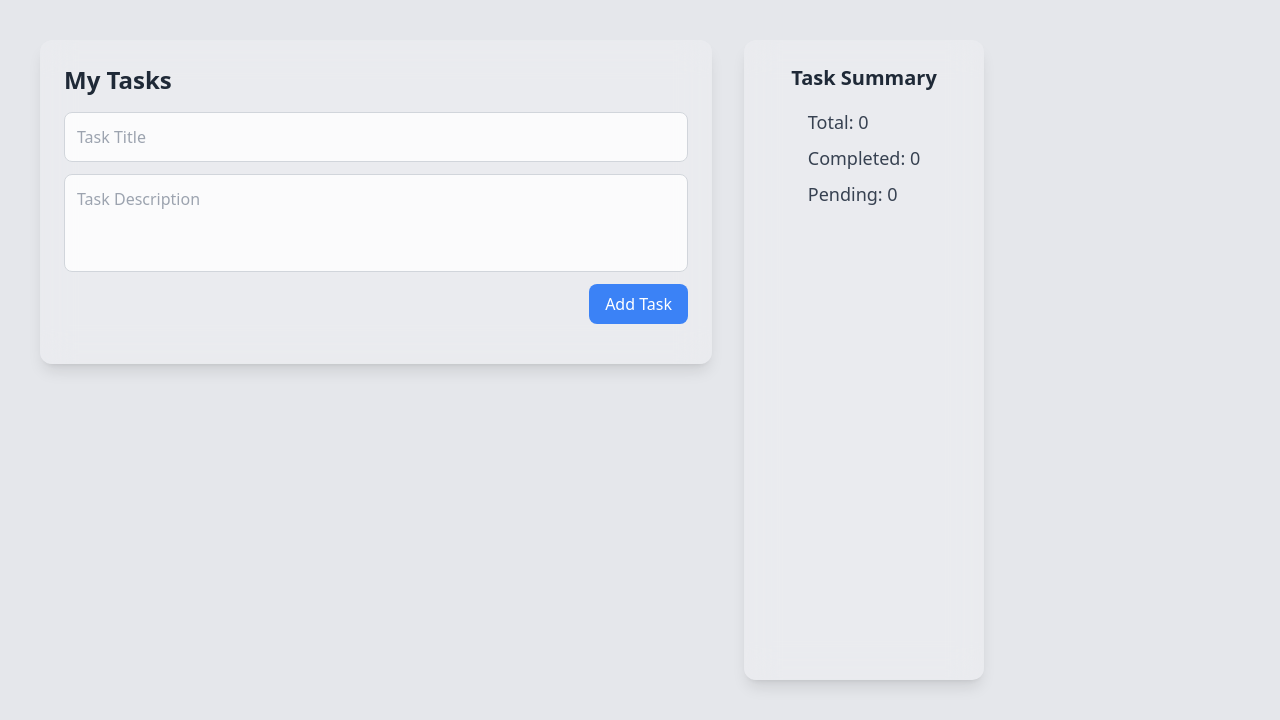
Repository: Meenakshi-commits/mern-task-manager
Page: / (app in client/)
The author's editor kept a copy of each file at every save. The page is drawn from the files as they stood at one save, then again after the next save.
The browser window is 1280 px wide. The pictures show the whole page.
The page's requests for data from a server got no answer. The project was rebuilt for these pictures with package versions that can differ from the ones it lists, and the page was loaded fresh each time. No one was signed in, and anything a server would have sent is missing. Also part of the build but not shown: client/vite.config.js, client/src/components/TaskItem.jsx, client/src/taskAnimations.css.

Above is the page before, as saved 2026-01-08 13:01:33.

After the next save:
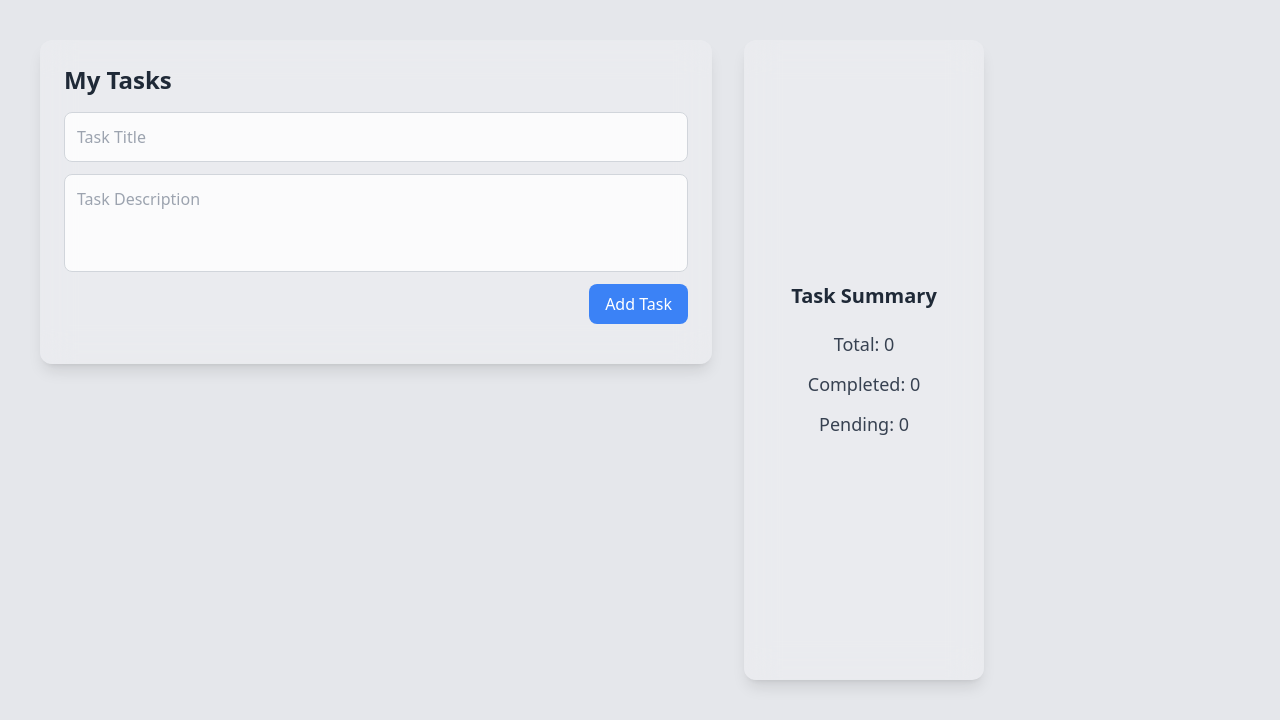
Saved 75 s later.
--- a/client/src/App.jsx
+++ b/client/src/App.jsx
@@ -100,9 +100,9 @@ export default function App() {
       </div>
 
       {/* Right - Summary Box */}
-      <div className="w-60 flex flex-col justify-start items-center bg-white/20 backdrop-blur-lg p-6 rounded-xl shadow-lg space-y-4">
-        <h2 className="text-xl font-bold text-gray-800">Task Summary</h2>
-        <div className="flex flex-col space-y-2 text-gray-700 font-medium text-lg">
+      <div className="w-60 flex items-center justify-center bg-white/20 backdrop-blur-lg p-6 rounded-xl shadow-lg">
+        <div className="flex flex-col items-center space-y-3 text-gray-700 font-medium text-lg">
+          <h2 className="text-xl font-bold text-gray-800 mb-2">Task Summary</h2>
           <div>Total: {total}</div>
           <div>Completed: {completed}</div>
           <div>Pending: {pending}</div>
